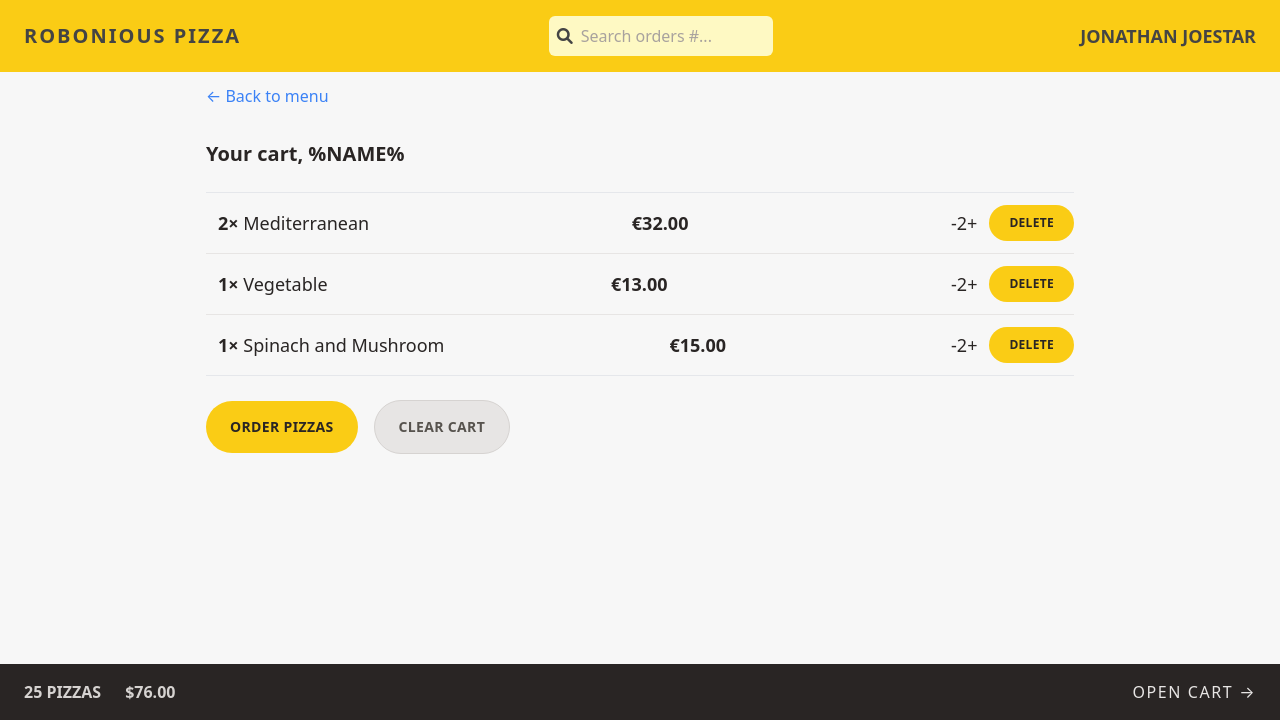
Repository: Alexro04/fast-food
Page: /cart (app in fast-food/)
These files come from the project's save history. The page is drawn as it stood at one moment and after the next save; the edit follows.
The browser window is 1280 px wide. The pictures show the whole page.
The project was rebuilt for these pictures with package versions that can differ from the ones it lists, and the page was loaded fresh each time. Also part of the build but not shown: fast-food/vite.config.js, fast-food/src/features/user/CreateUser.jsx, fast-food/src/ui/Home.jsx, fast-food/src/ui/Loading.jsx, fast-food/src/utils/apiRestaurant.js, fast-food/src/features/order/OrderItem.jsx, fast-food/src/features/order/Order.jsx, fast-food/src/features/menu/MenuItem.jsx and 3 more.

Above is the page before, as saved 2025-03-14 07:12:27.

After the next save:
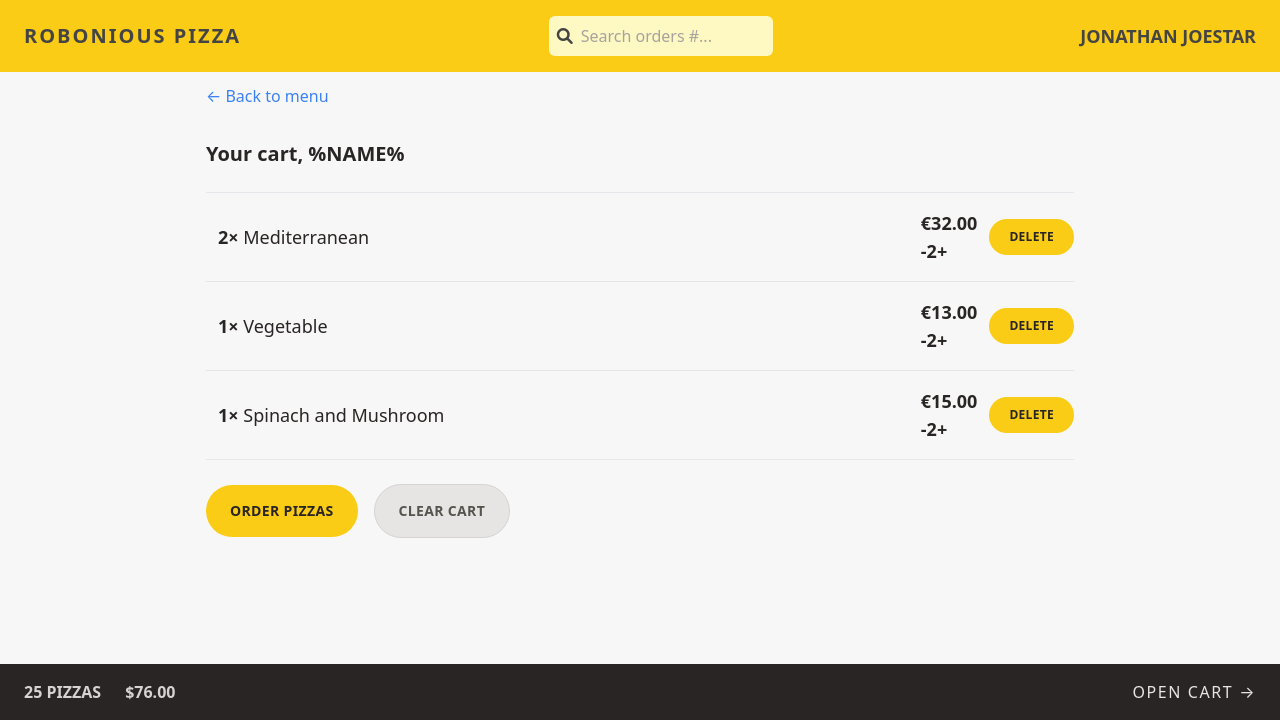
Saved 46 s later.
--- a/fast-food/src/features/cart/CartItem.jsx
+++ b/fast-food/src/features/cart/CartItem.jsx
@@ -11,9 +11,9 @@
       </p>
       <div className="font-semibold">
         <p>{formatCurrency(totalPrice)}</p>
-      </div>
-      <div>
-        <Button>-</Button>2<Button>+</Button>
+        <div>
+          <Button>-</Button>2<Button>+</Button>
+        </div>
       </div>
     </li>
   );

After the save that followed:
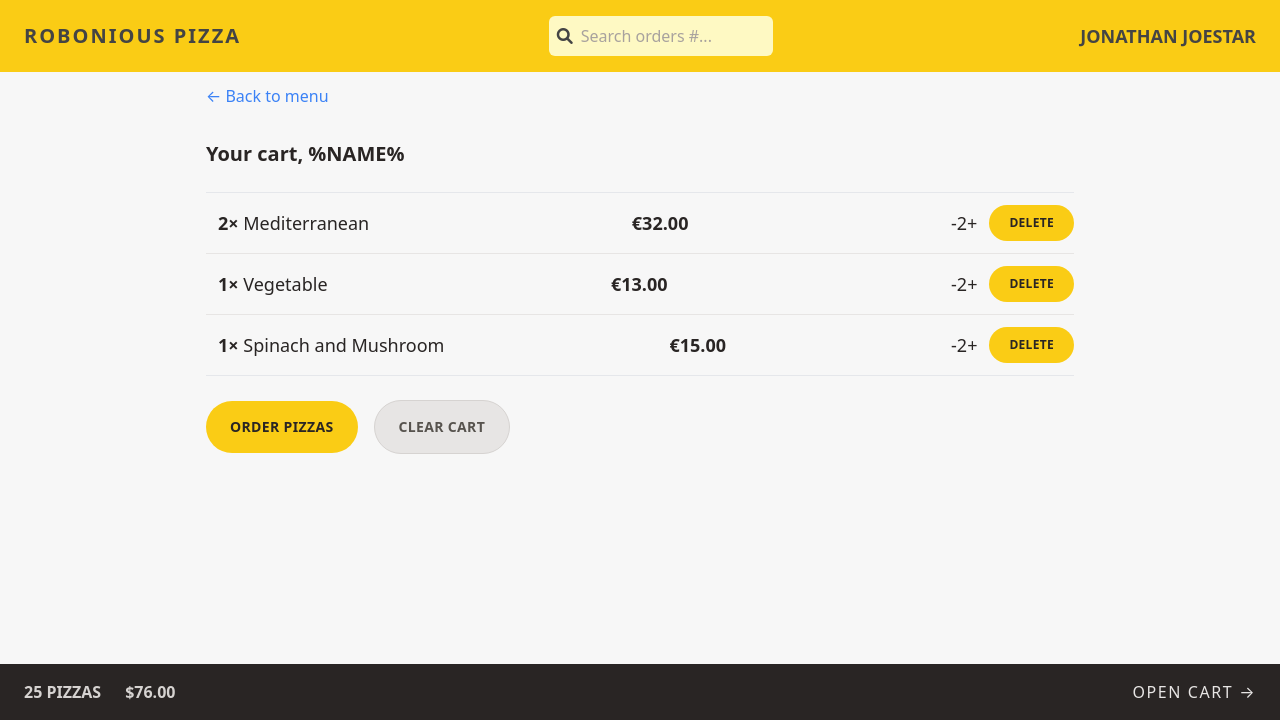
Saved 30 s later.
--- a/fast-food/src/features/cart/CartItem.jsx
+++ b/fast-food/src/features/cart/CartItem.jsx
@@ -11,9 +11,9 @@
       </p>
       <div className="font-semibold">
         <p>{formatCurrency(totalPrice)}</p>
-        <div>
-          <Button>-</Button>2<Button>+</Button>
-        </div>
+      </div>
+      <div>
+        <Button>-</Button>2<Button>+</Button>
       </div>
     </li>
   );
